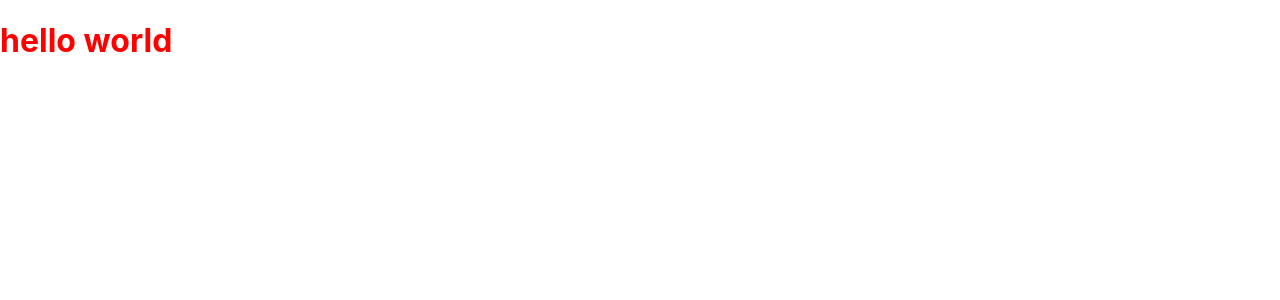
Repository: VaheHarutyunyan/react-sneakers
Page: /
The author's editor kept a copy of each file at every save. The page is drawn from the files as they stood at one save, then again after the next save.
The browser window is 1280 px wide. The pictures show the whole page.
The project was rebuilt for these pictures with package versions that can differ from the ones it lists, and the page was loaded fresh each time.

Above is the page before, as saved 2021-07-22 11:18:55.

After the next save:
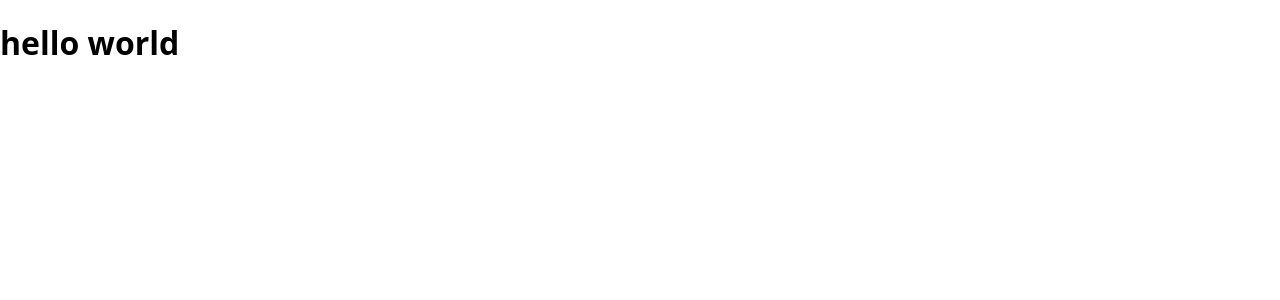
Saved 73 s later.
--- a/src/index.scss
+++ b/src/index.scss
@@ -1,13 +1,6 @@
 body {
   margin: 0;
-  font-family: -apple-system, BlinkMacSystemFont, 'Segoe UI', 'Roboto', 'Oxygen',
-    'Ubuntu', 'Cantarell', 'Fira Sans', 'Droid Sans', 'Helvetica Neue',
-    sans-serif;
+  font-family: system-ui;
   -webkit-font-smoothing: antialiased;
   -moz-osx-font-smoothing: grayscale;
 }
-body{
-  h1{
-    color: red;
-  }
-}
